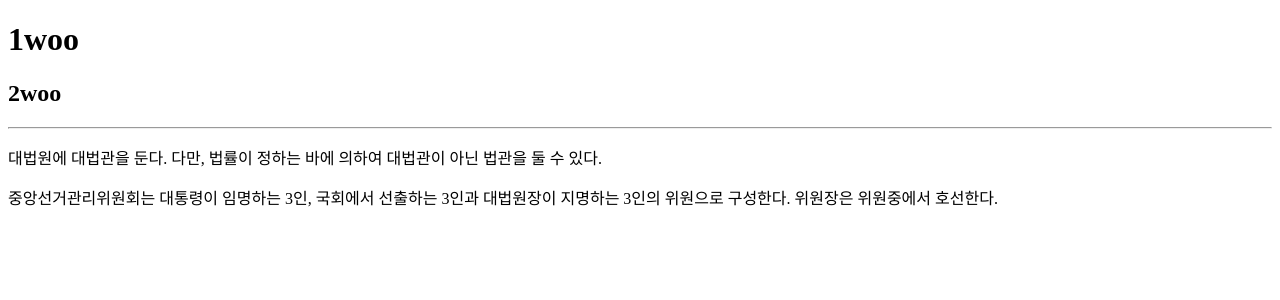
Repository: hyungju2/SSAFY_JavaPractice
Page: 20190211_HTML/web_java/HTMLProject/WebContent/html/First.html
The author's editor kept a copy of each file at every save. The page is drawn from the files as they stood at one save, then again after the next save.
The browser window is 1280 px wide. The pictures show the whole page.

Above is the page before, as saved 2019-02-11 02:54:46.

### 20190211_HTML/web_java/HTMLProject/WebContent/html/First.html
<!DOCTYPE html>
<html>
	<head>
		<meta charset="UTF-8">
		<title>My page Title</title>
	</head>

	<body>
	<!-- hn: heading tag. 제목달기 -->
		<h1>1woo</h1>
		<h2>2woo</h2>
		<hr> <!-- 가로 줄 긋기 , 줄 바꿈-->
		<p>대법원에 대법관을 둔다. 다만, 법률이 정하는 바에 의하여 대법관이 아닌 법관을 둘 수 있다.
		<p>중앙선거관리위원회는 대통령이 임명하는 3인, 국회에서 선출하는 3인과 대법원장이 지명하는 3인의 위원으로 구성한다. 위원장은 위원중에서 호선한다.

	</body>
</html>

After the next save:
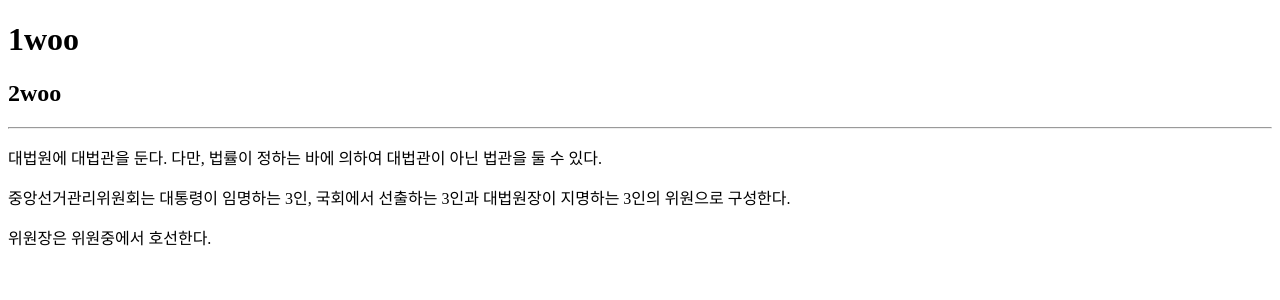
Saved 33 s later.
--- a/20190211_HTML/web_java/HTMLProject/WebContent/html/First.html
+++ b/20190211_HTML/web_java/HTMLProject/WebContent/html/First.html
@@ -11,7 +11,7 @@
 		<h2>2woo</h2>
 		<hr> <!-- 가로 줄 긋기 , 줄 바꿈-->
 		<p>대법원에 대법관을 둔다. 다만, 법률이 정하는 바에 의하여 대법관이 아닌 법관을 둘 수 있다.
-		<p>중앙선거관리위원회는 대통령이 임명하는 3인, 국회에서 선출하는 3인과 대법원장이 지명하는 3인의 위원으로 구성한다. 위원장은 위원중에서 호선한다.
+		<p>중앙선거관리위원회는 대통령이 임명하는 3인, 국회에서 선출하는 3인과 대법원장이 지명하는 3인의 위원으로 구성한다.<p> 위원장은 위원중에서 호선한다.
 
 	</body>
 </html>
